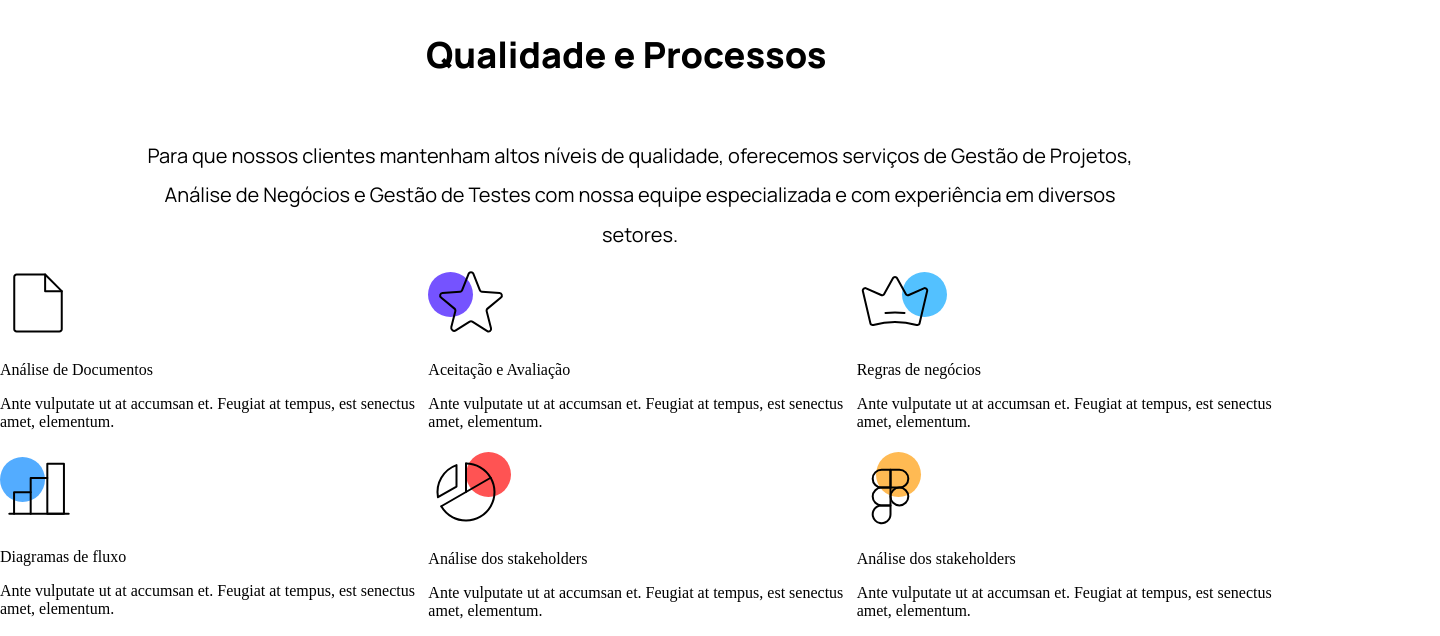
Repository: kleber-goncalves/Landing-Page-Gestao-de-projetos-dnc
Page: index.html
The author's editor kept a copy of each file at every save. The page is drawn from the files as they stood at one save, then again after a run of saves.
The browser window is 1280 px wide. The page is 1440 px wide, so the pictures cover 1440 px, including what lies to the right of the window. The pictures show the part of the page from y = 754 to 1416 px (the page is 1390 px tall before and 1416 px after).

Above is the page before, as saved 2025-01-04 16:33:08.

### index.html
<!DOCTYPE html>
<html lang="pt-br">
<head>
    <meta charset="UTF-8">
    <meta name="viewport" content="width=device-width, initial-scale=1.0">
    <link rel="stylesheet" href="style.css">
    <link rel="preconnect" href="https://fonts.googleapis.com">
    <link rel="preconnect" href="https://fonts.gstatic.com" crossorigin>
    <link href="https://fonts.googleapis.com/css2?family=Manrope:wght@200..800&display=swap" rel="stylesheet">
    <title>Document</title>
</head>
<body>
    <main>
        <section id="topo" >
            <div id="elemnt-topo">
                <h1>Transformando em produtos digitais</h1>
                <p>Para que nossos clientes mantenham altos níveis de qualidade, oferecemos serviços de gestão de projetos e análise de negócios com nossa equipe especializada em diversos setores.</p>
            </div>
        </section>
        <section id="meio">
            <div id="txts-meio" >

                <h2>Qualidade e Processos</h2>
                <p>
                    Para que nossos clientes mantenham altos níveis de qualidade, oferecemos serviços de Gestão de Projetos, Análise de Negócios e Gestão de Testes com nossa equipe especializada e com experiência em diversos setores.
                </p>

            </div>






            <div id="icons-meio" >

                <div id="icons-documento">
                    <img class="img-icons" src="/img/icons-meio.img/document.svg" alt="document.svg">
                    <p class="txt-icons">Análise de Documentos</p>
                    <p class="sub-icons">Ante vulputate ut at accumsan et. Feugiat at tempus, est senectus amet, elementum.</p>
                </div>
                <div id="icons-estrela">
                    <img class="img-icons" src="/img/icons-meio.img/estrela.svg" alt="estrela.svg">
                    <p class="txt-icons">Aceitação e Avaliação</p>
                    <p class="sub-icons">Ante vulputate ut at accumsan et. Feugiat at tempus, est senectus amet, elementum.</p>
                </div>
                <div id="icons-coroa">
                    <img class="img-icons" src="/img/icons-meio.img/coroa.svg" alt="coroa.svg">
                    <p class="txt-icons">Regras de negócios</p>
                    <p class="sub-icons">Ante vulputate ut at accumsan et. Feugiat at tempus, est senectus amet, elementum.</p>
                </div>
                <div id="icons-fluxos">
                    <img class="img-icons" src="/img/icons-meio.img/fluxo.svg" alt="fluxo.svg">
                    <p class="txt-icons">Diagramas de fluxo</p>
                    <p class="sub-icons">Ante vulputate ut at accumsan et. Feugiat at tempus, est senectus amet, elementum.</p>
                </div>
                <div id="icons-bola">
                    <img class="img-icons" src="/img/icons-meio.img/bola.svg" alt="bola.svg">
                    <p class="txt-icons">Análise dos stakeholders</p>
                    <p class="sub-icons">Ante vulputate ut at accumsan et. Feugiat at tempus, est senectus amet, elementum.</p>
                </div>
                <div id="icons-figma">
                    <img class="img-icons" src="/img/icons-meio.img/figma.svg" alt="figma.svg">
                    <p class="txt-icons">Análise dos stakeholders</p>
                    <p class="sub-icons">Ante vulputate ut at accumsan et. Feugiat at tempus, est senectus amet, elementum.</p>
                </div>


            </div>

        </section>
    </main>
</body>
</html>

### style.css
body {
    margin: 0;
    font-size: 16px;
    box-sizing: border-box;
}





#topo {
    width:  1440px;
    height:  754px;
    background-image: url(/img/topo-fundo.svg);
    background-size: cover;
    background-repeat: no-repeat;
    display:flex ;
    flex-direction: column;
    justify-items: flex-start;
}

#topo > #elemnt-topo {
    margin-left: 121px;
    margin-top: 236px;
}

#elemnt-topo > h1 {
    width: 665px;
    height: 164px;
    font-family: "Manrope", serif;
    font-size: 64px;
    font-weight: 800;
    color: black;
}

#elemnt-topo > p {
    font-family: "Manrope", serif;
    width:  650px;
    height: 99px;
    font-family: Manrope;
    font-size: 20px;
    font-weight: 400;
}








#txts-meio {
    display: flex;
    flex-direction: column;
    align-items: center;
}

#txts-meio > h2 {
    width: 428px;
    height: 56px;
    color: black;
    font-family: "Manrope", serif;
    font-size: 36px;
    font-weight: 800;
    line-height: 49.18px;
}


#txts-meio > p {
    width:  994px;
    height:  109px;
    color: black;
    font-family: "Manrope", serif;
    font-size: 20px;
    font-weight: 400;
    line-height: 39.5px;
    text-align: center;
}




#icons-meio {
    display: grid;
    grid-template-columns: repeat(3, 1fr);
    gap: 5px;
}

.txt-icons {
    width: Fixed (284px)px;
height: Fixed (31px)px;
top: 1246px;
left: 150px;
gap: 0px;
opacity: 0px;


}

After the next 9 saves:
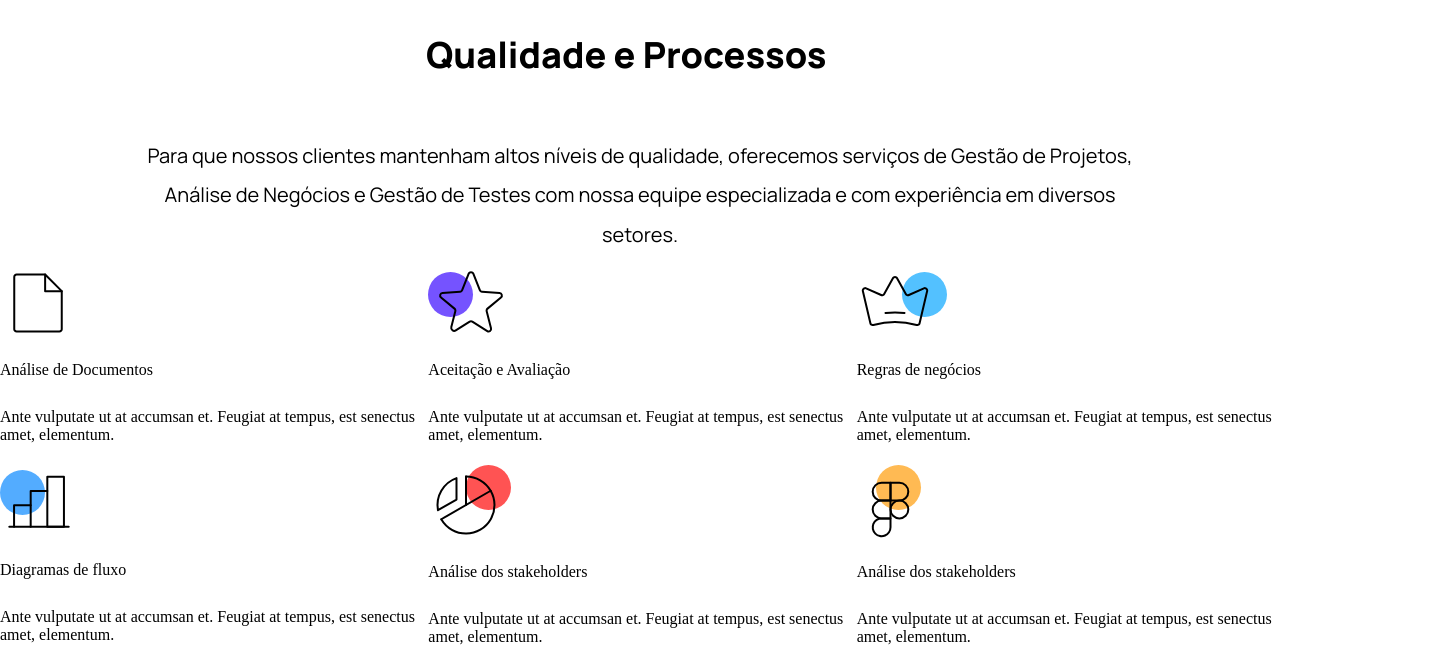
The 9 saves are shown as one change because they came seconds apart.
The last was saved 27 s later.
--- a/style.css
+++ b/style.css
@@ -87,12 +87,11 @@ body {
 }
 
 .txt-icons {
-    width: Fixed (284px)px;
-height: Fixed (31px)px;
-top: 1246px;
-left: 150px;
-gap: 0px;
-opacity: 0px;
+    width:  284px;
+    height:  31px;
+    top: 1246px;
+    left: 150px;
+
 
 
 }
